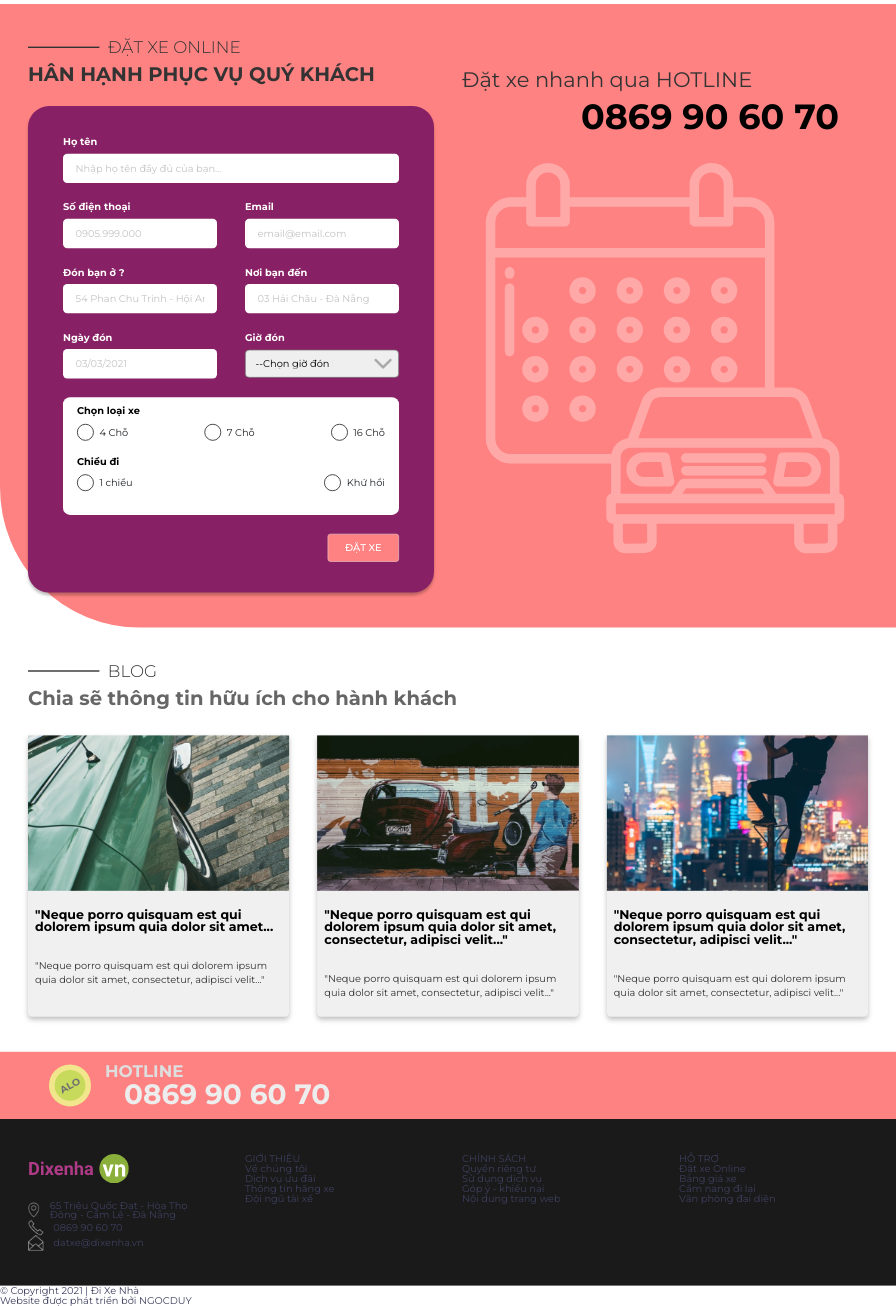
Repository: thanhthien0706/last_project--fe004
Page: lastProductF004/dist/index.html
These files come from the project's save history. The page is drawn as it stood at one moment and after the next save; the edit follows.
The browser window is 1280 px wide. The pictures show the part of the page from y = 1392 to 3312 px (the page is 3258 px tall before and 3312 px after), at 70% of full size.
Some web libraries are served in a nearby version. The style sheet was rebuilt from its Sass, Less or Tailwind sources for each picture, by a compiler version that may differ from the author's.

Above is the page before, as saved 2021-09-17 00:17:41.

After the next save:
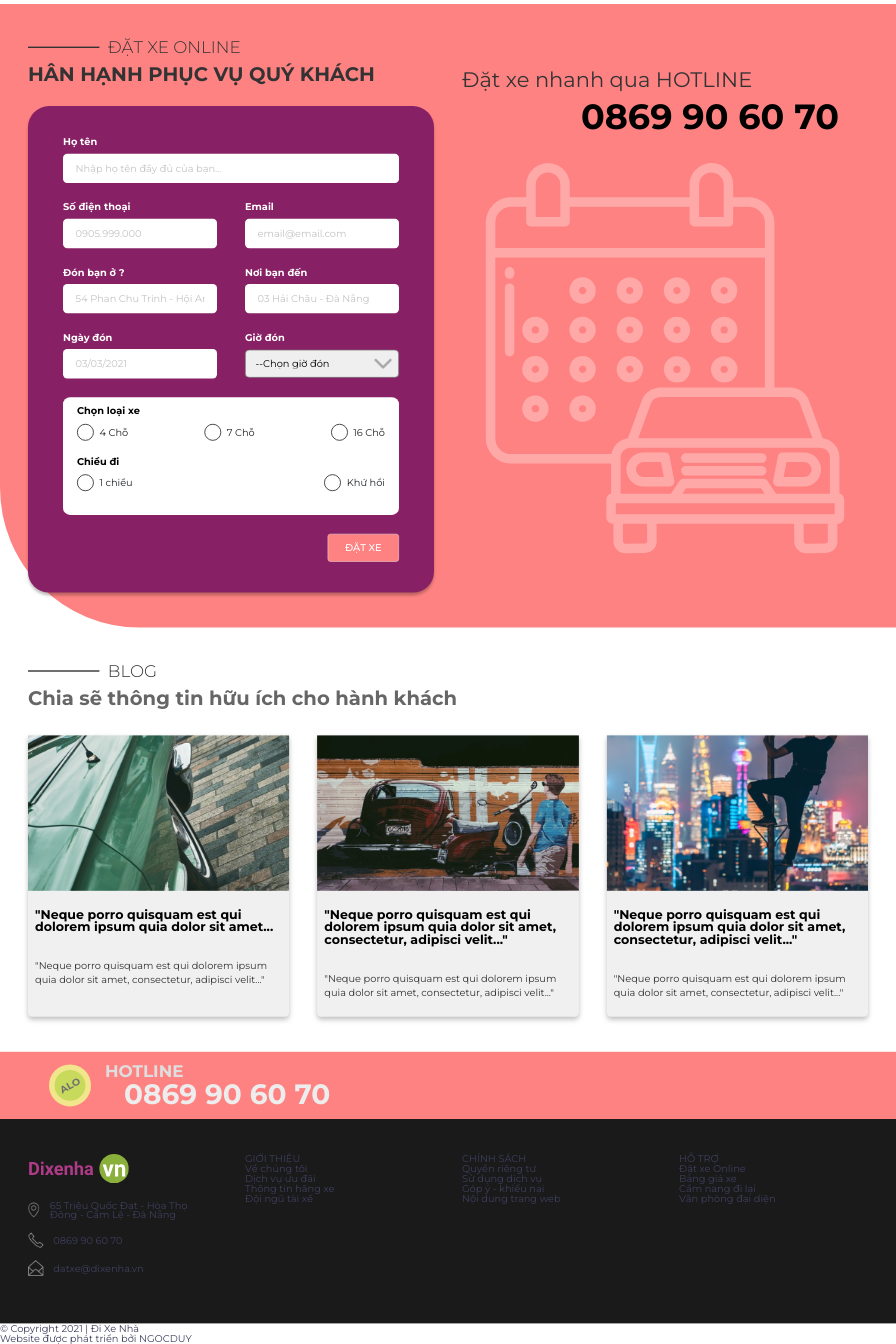
Saved 16 s later.
--- a/lastProductF004/src/styles/layout/_footer.scss
+++ b/lastProductF004/src/styles/layout/_footer.scss
@@ -24,6 +24,7 @@
                     display: flex;
                     flex-direction: row;
                     align-items: center;
+                    margin-bottom: 18px;
                     img{
                         height:22px;
                         margin-right: 14px;
